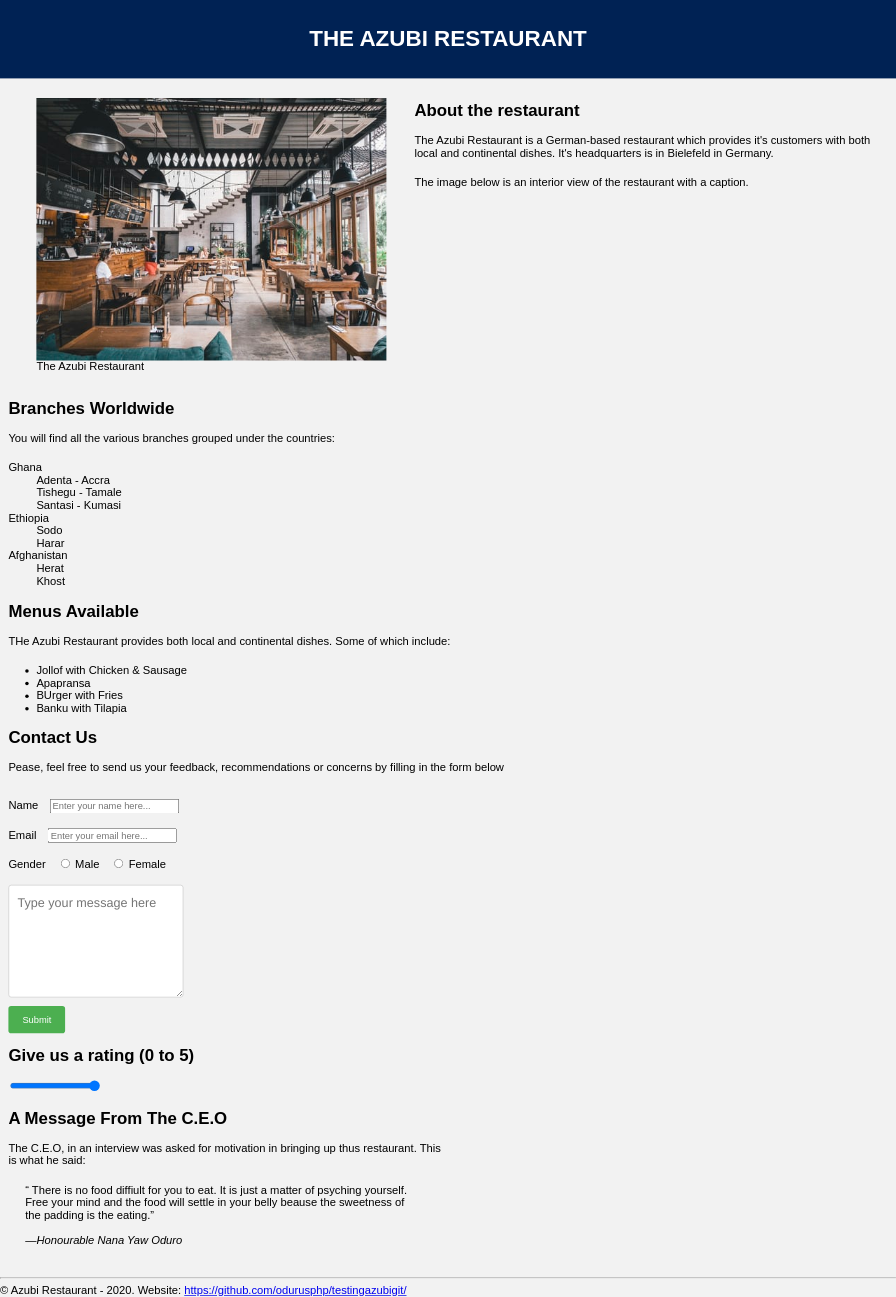
Repository: odurusphp/testingazubigit
Page: Fortune/FortunatusWulnye.html
These files come from the project's save history. The page is drawn as it stood at one moment and after the next save; the edit follows.
The browser window is 1280 px wide. The pictures show the whole page, at 70% of full size.

Above is the page before, as saved 2020-08-03 02:38:38.

After the next save:
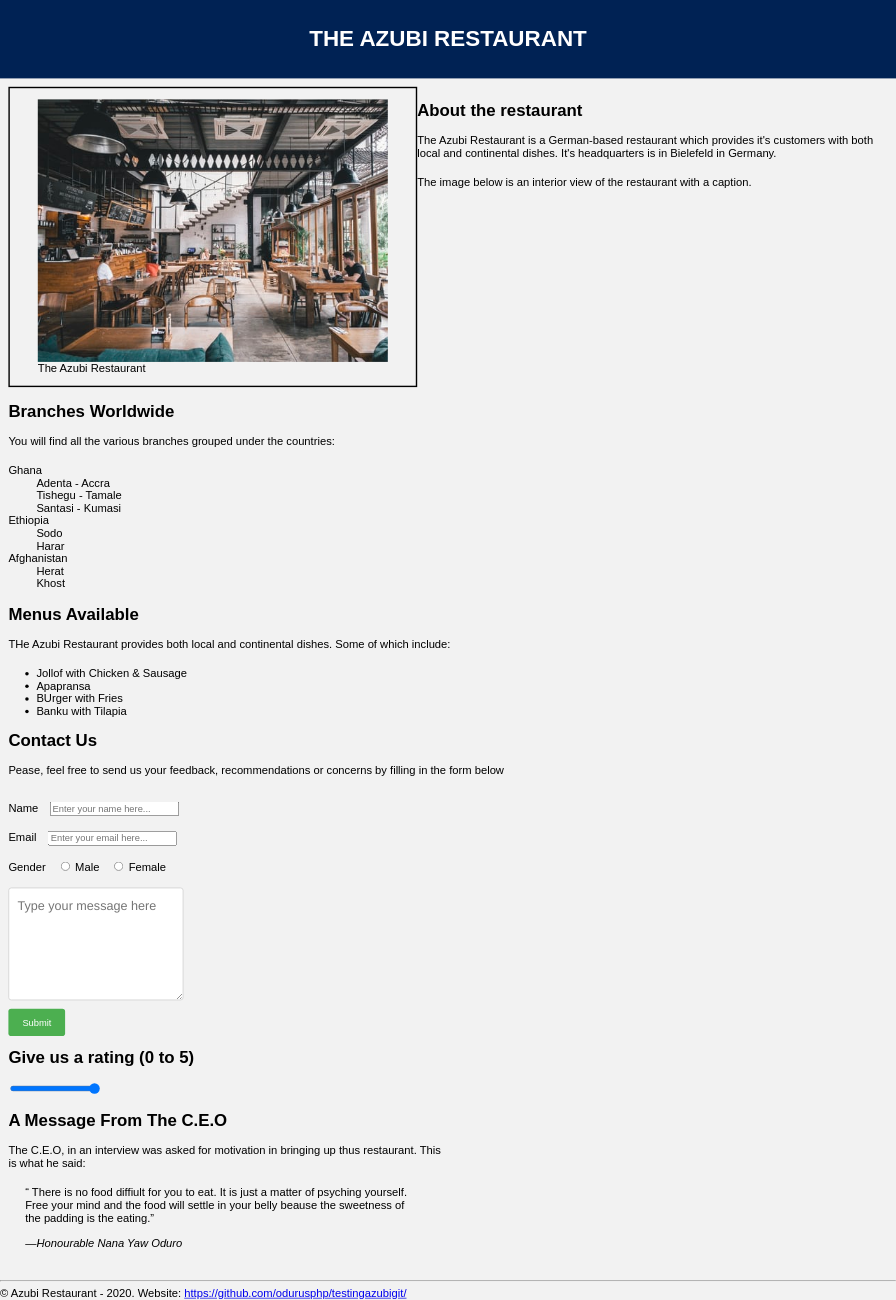
Saved 45 s later.
--- a/Fortune/FortunatusWulnye.html
+++ b/Fortune/FortunatusWulnye.html
@@ -24,7 +24,7 @@
 
       <main class="main-container">
         <section class="aboutOne">
-          <div class="about-fig" style="border:'2px solid #000'">
+          <div class="about-fig" style="border:2px solid #000">
             <figure>
               <img
                 src="images/FortununatusWulnyeRestaurant.jpg"
